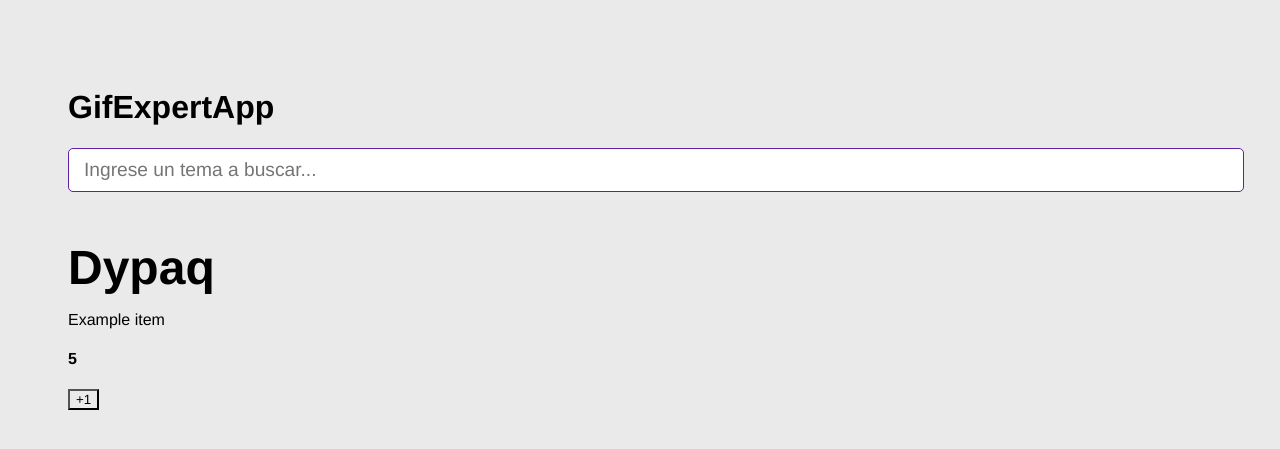
Repository: AlanColliDev/CursoReact
Page: /
These files come from the project's save history. The page is drawn as it stood at one moment and after the next save; the edit follows.
The browser window is 1280 px wide. The pictures show the whole page.
The page's requests for data from a server got no answer. The project was rebuilt for these pictures with package versions that can differ from the ones it lists, and the page was loaded fresh each time. No one was signed in, and anything a server would have sent is missing. Also part of the build but not shown: vite.config.js.

Above is the page before, as saved 2022-07-23 10:55:55.

After the next save:
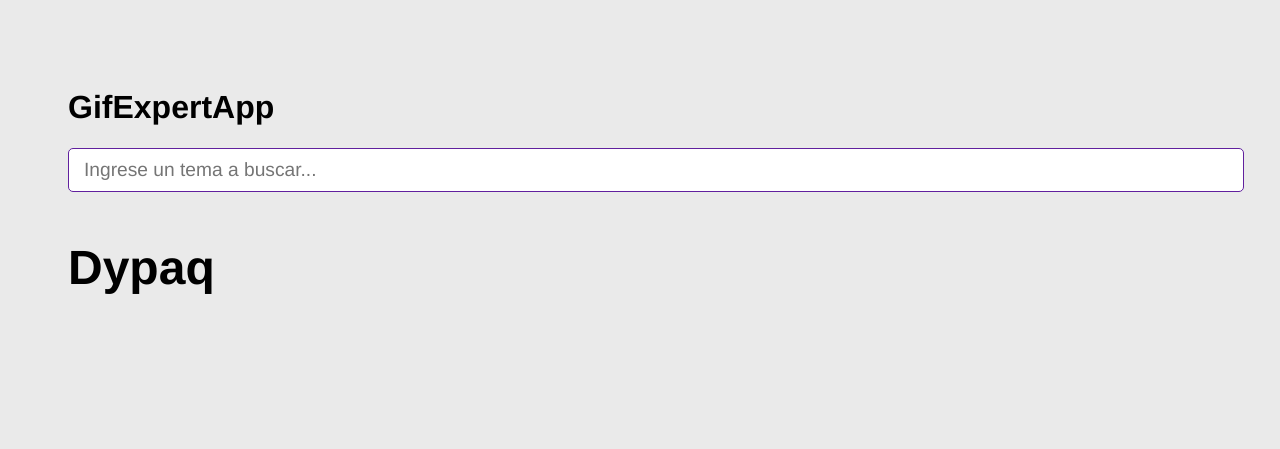
Saved 2 min 12 s later.
--- a/src/components/GifGrid.jsx
+++ b/src/components/GifGrid.jsx
@@ -1,10 +1,9 @@
-import { useEffect, useState } from 'react';
+import { useEffect} from 'react';
 import { getGifs } from '../helpers/getGifs';
 
 // nunca se debe de llamar expliscitamante a una funcion en un functional component, porque se reprocesa
 export const GifGrid = ({ category }) => {
 
-    const [counter, setCounter] = useState(5);
 
     // Enviar las llaves vacias quiere decir que el useEffect solo se ejecutara la primera vez, ya
     // que la primera vez cumple porque esta vacio, luego se llena y ya no se vuelve a ejecutar
@@ -15,10 +14,6 @@
     return (
         <>
             <h3>{ category }</h3>
-            <p>Example item</p>
-            <h4>{counter}</h4>
-
-            <button onClick={() => setCounter(counter + 1) }>+1</button>
         </>
     )
 }
